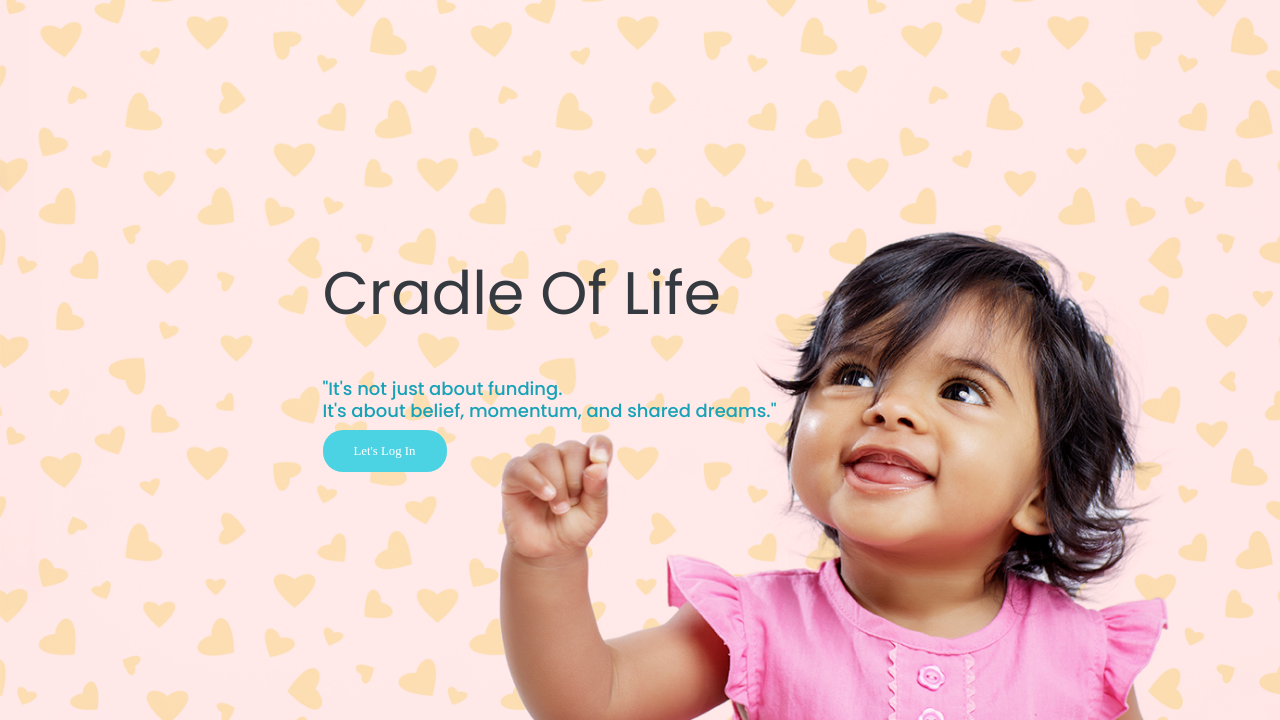
Repository: Adu065/Cradle-of-Life
Page: http://localhost/CradleOfLife/pages/login.jsp
The author's editor kept a copy of each file at every save. The page is drawn from the files as they stood at one save, then again after the next save.
The browser window is 1280 px wide. The pictures show the whole page.
Some web fonts or font styles are not loaded; a fallback is used. The page is served by Tomcat 9.

Above is the page before, as saved 2023-08-24 13:54:26.

After the next save:
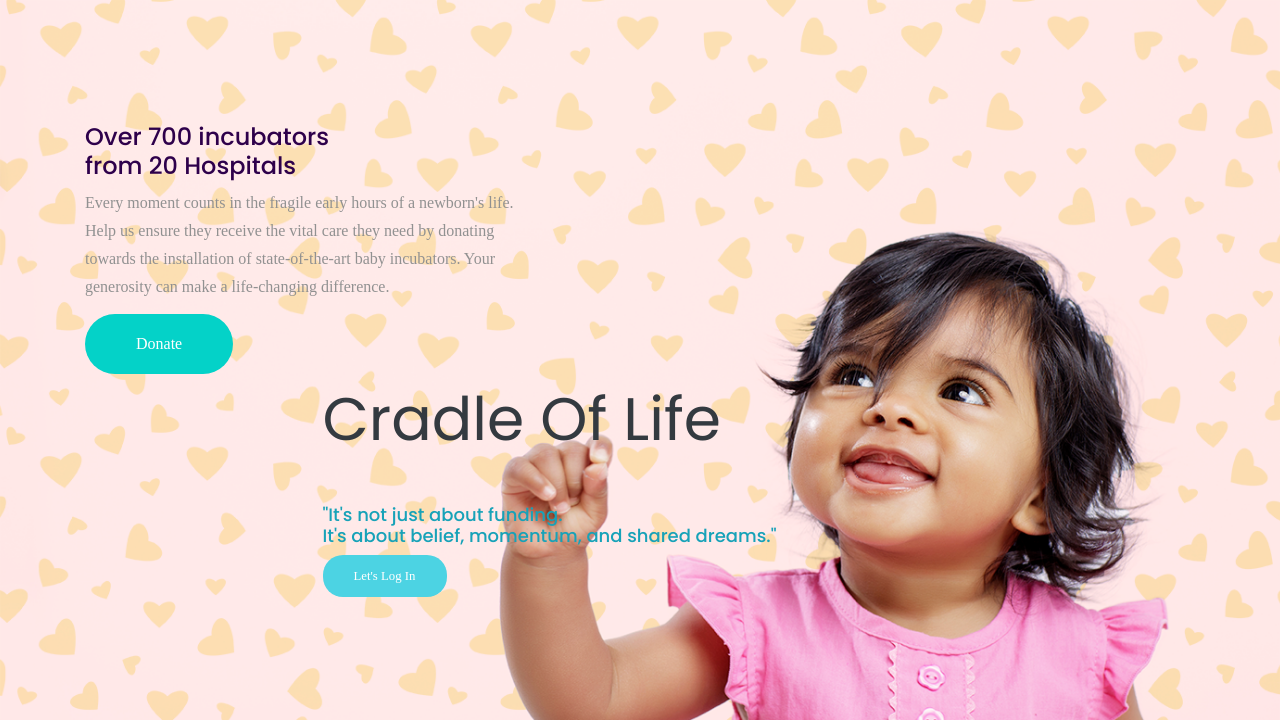
Saved 82 s later.
--- a/CradleOfLife/WebContent/pages/login.jsp
+++ b/CradleOfLife/WebContent/pages/login.jsp
@@ -36,13 +36,31 @@
 		<div
 			class="single_slider d-flex align-items-center justify-content-center slider_bg_1">
 			<div class="container">
+				<div class="row">
+					<div class="col-xl-5 col-lg-6">
+						<div class="single_about_info">
+							<h3>
+								Over 700 incubators <br> from 20 Hospitals
+							</h3>
+							<p>Every moment counts in the fragile early hours of a
+								newborn's life. Help us ensure they receive the vital care they
+								need by donating towards the installation of state-of-the-art
+								baby incubators. Your generosity can make a life-changing
+								difference.</p>
+							<a href="<%=request.getContextPath()%>/pages/donation.jsp"
+								class="boxed_btn">Donate</a>
+						</div>
+					</div>
+				</div>
 				<div class="row align-items-center justify-content-center">
 					<div class="col-xl-7 col-md-7">
 						<div class="slider_info">
 
 							<h3 class="text-dark">Cradle of Life</h3>
-							<h4 class="text-info">"It's not just about funding. </br>It's
-								about belief, momentum, and shared dreams."</h4>
+							<h4 class="text-info">
+								"It's not just about funding. </br>It's about belief, momentum, and
+								shared dreams."
+							</h4>
 
 							<a href="#form_login"
 								class="login popup-with-form genric-btn success circle ">Let's
@@ -137,7 +155,7 @@
 											<input type="text" name="fname" id="fname"
 												placeholder="Enter First Name">
 										</div>
-											<div class="col-xl-12 col-md-12">
+										<div class="col-xl-12 col-md-12">
 											<input type="text" name="lname" id="lname"
 												placeholder="Enter Last Name">
 										</div>
